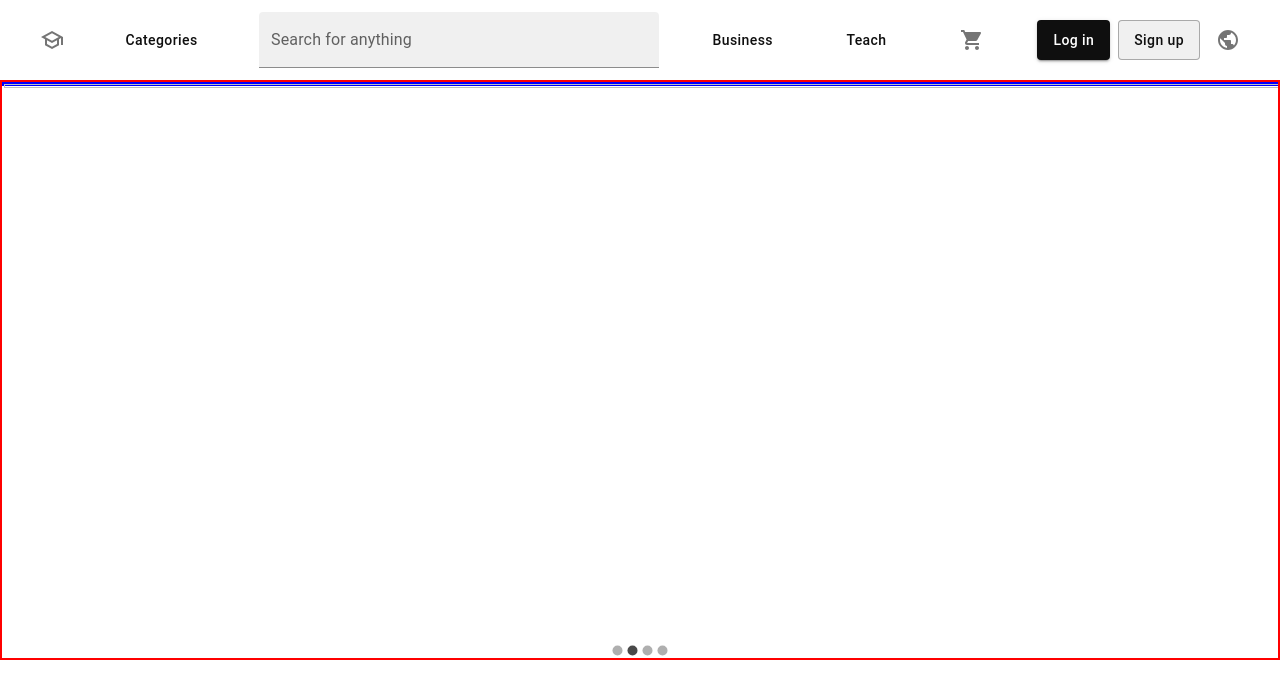
Repository: princ3-web/academy
Page: /
The author's editor kept a copy of each file at every save. The page is drawn from the files as they stood at one save, then again after the next save.
The browser window is 1280 px wide. The pictures show the whole page.
The project was rebuilt for these pictures with package versions that can differ from the ones it lists, and the page was loaded fresh each time. Also part of the build but not shown: vite.config.js, src/pages/Courses.jsx, src/pages/Business.jsx, src/pages/Teach.jsx.

Above is the page before, as saved 2023-07-03 18:08:13.

After the next save:
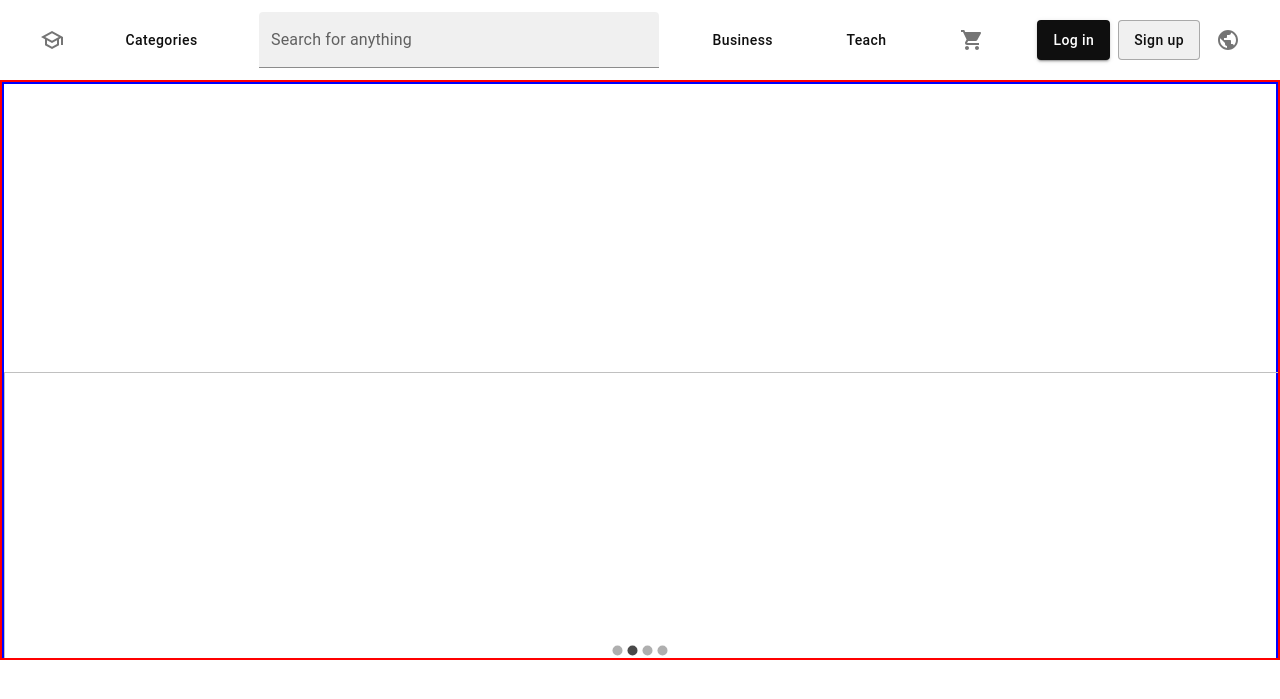
Saved 17 s later.
--- a/src/css/ImageSlider.module.css
+++ b/src/css/ImageSlider.module.css
@@ -26,7 +26,7 @@
 }
 
 .slide{
-  height: 100%;
+  height: 80vh;
   justify-content: center;
   align-content: center;
   border: 2px solid blue;

After the 2 saves that followed:
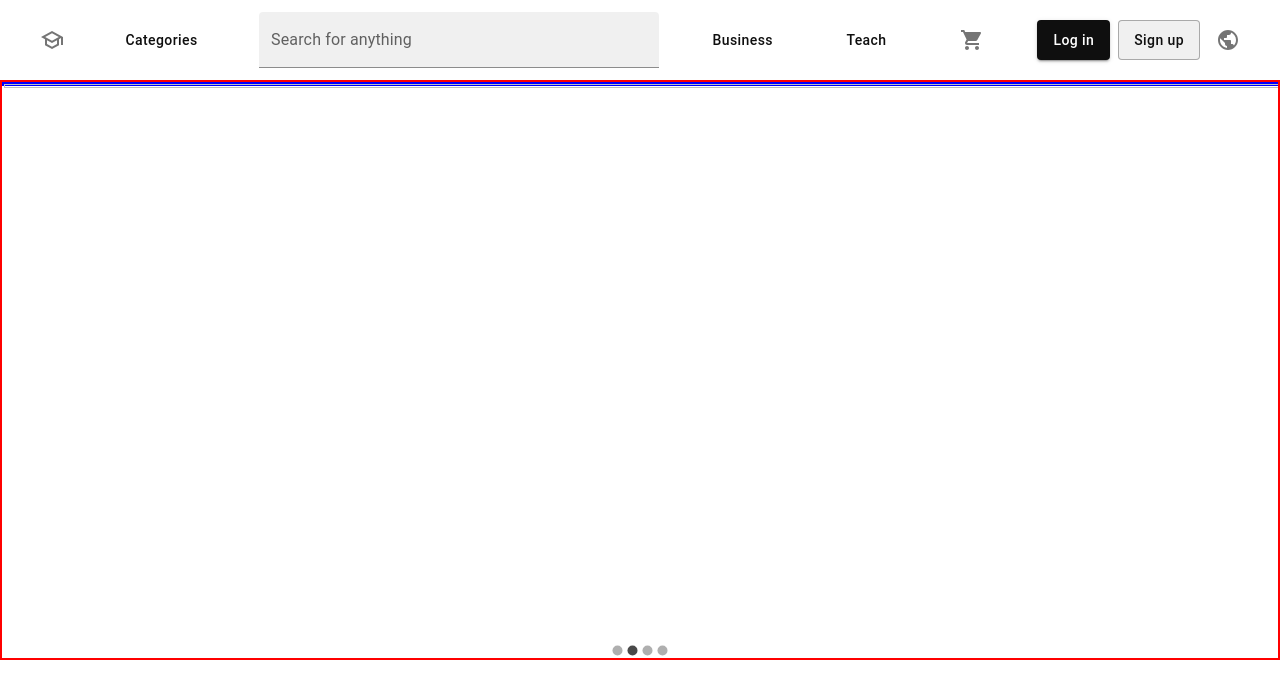
The 2 saves are shown as one change because they came seconds apart.
The last was saved 10 s later.
--- a/src/css/ImageSlider.module.css
+++ b/src/css/ImageSlider.module.css
@@ -26,7 +26,7 @@
 }
 
 .slide{
-  height: 80vh;
+  height: 100%;
   justify-content: center;
   align-content: center;
   border: 2px solid blue;
